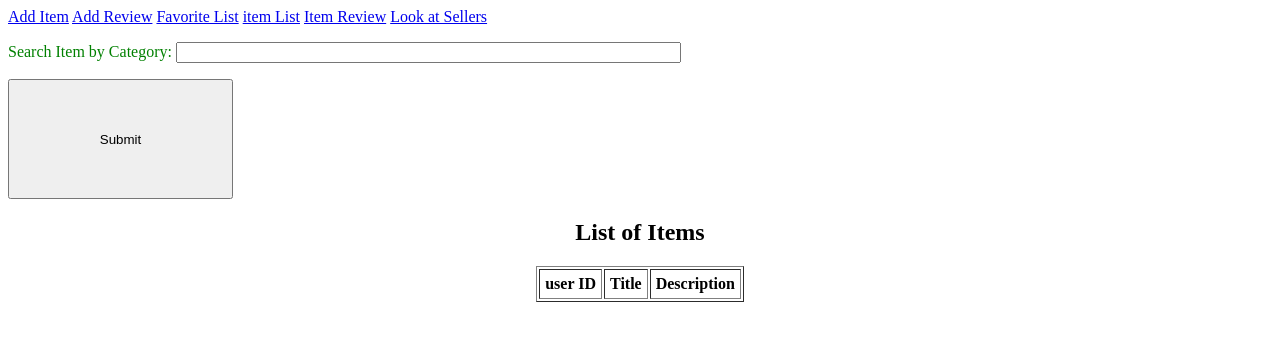
Repository: HamdanM/DatabaseProject
Page: http://localhost/DB3/search.jsp
The author's editor kept a copy of each file at every save. The page is drawn from the files as they stood at one save, then again after the next save.
The browser window is 1280 px wide. The pictures show the whole page.
The page is served by Tomcat 9. The template is opened directly, without the code that normally fills it, so the values that code supplies are empty.

Above is the page before, as saved 2019-07-25 00:11:26.

After the next save:
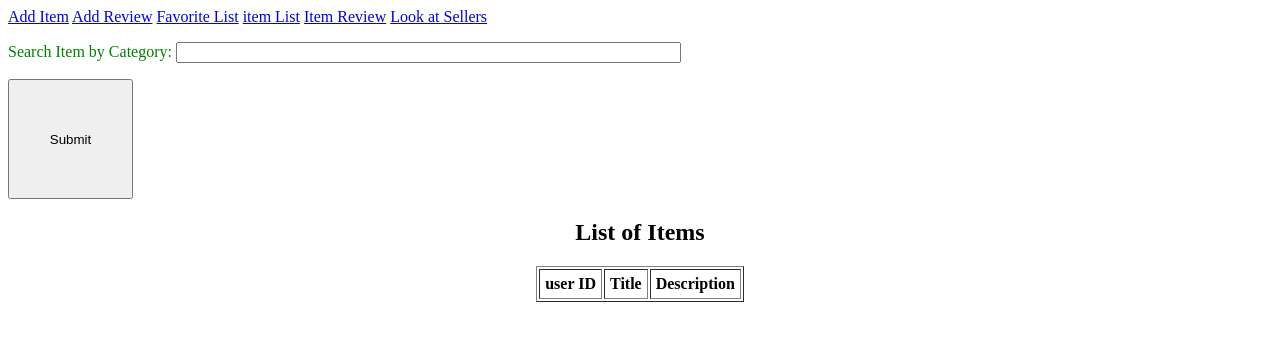
Saved 12 s later.
--- a/DB3/WebContent/search.jsp
+++ b/DB3/WebContent/search.jsp
@@ -21,7 +21,7 @@
                     type="text" name="Category"
                     size="60" maxlength="70" />
             </label></p>
-        <input style="height:120px;width:225px" type=
+        <input style="height:120px;width:125px" type=
         "submit" name="submit" value=
         "Submit" />
  </form>

After the save that followed:
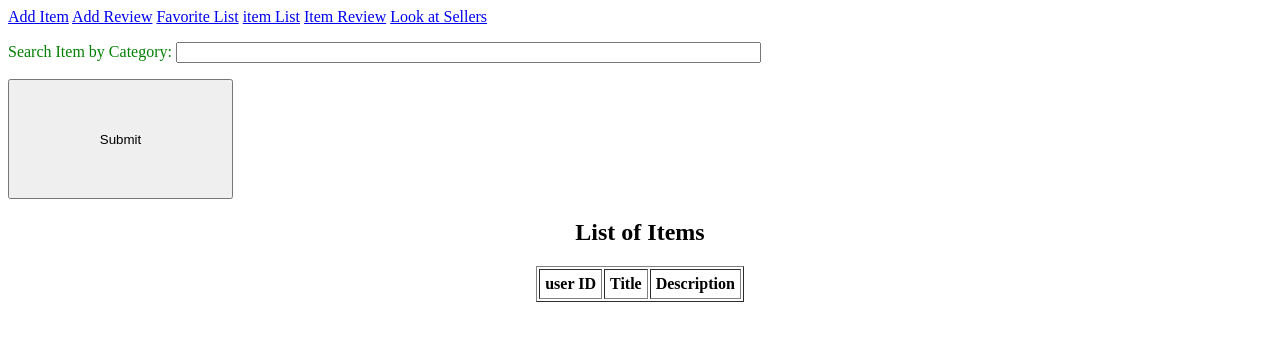
Saved 39 s later.
--- a/DB3/WebContent/search.jsp
+++ b/DB3/WebContent/search.jsp
@@ -19,11 +19,9 @@
         <input type="hidden" name="action"" >
         <p style="color:green"><label>Search Item by Category: <input
                     type="text" name="Category"
-                    size="60" maxlength="70" />
+                    size="70" maxlength="70" />
             </label></p>
-        <input style="height:120px;width:125px" type=
-        "submit" name="submit" value=
-        "Submit" />
+        <input style="height:120px;width:225px" type="submit" name="submit" value="Submit" />
  </form>
 
 <div align="center">
